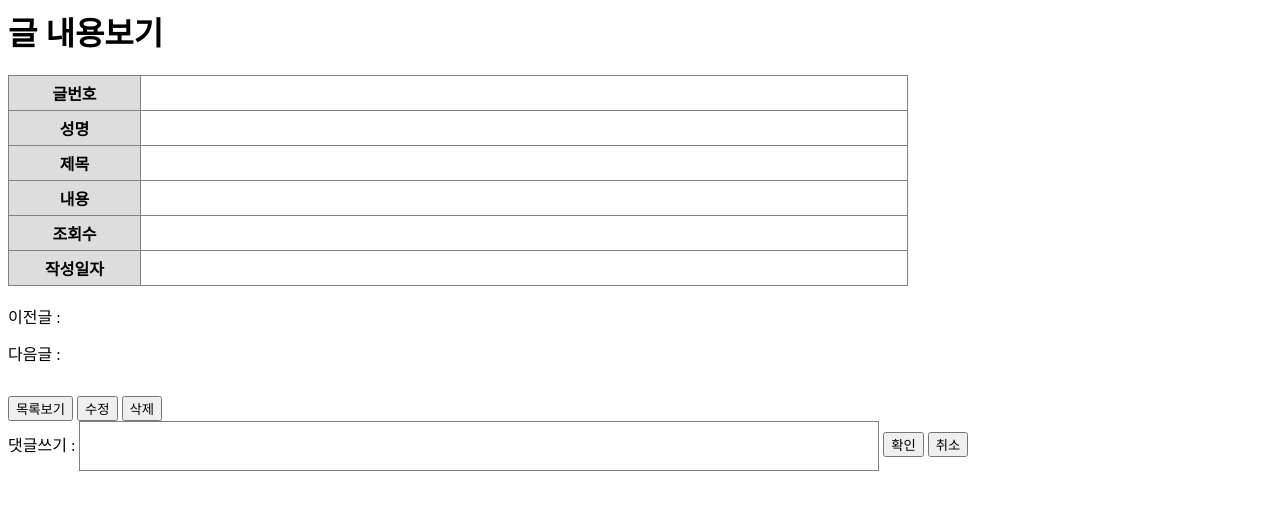
Repository: gold37/Spring
Page: http://localhost/Board/WEB-INF/views/tiles1/board/view.jsp
The author's editor kept a copy of each file at every save. The page is drawn from the files as they stood at one save, then again after the next save.
The browser window is 1280 px wide. The pictures show the whole page.
The page is served by Tomcat 9. Nobody is signed in. Other server files are loaded and not shown. The template is opened directly, without the code that normally fills it, so the values that code supplies are empty.

Above is the page before, as saved 2020-07-17 05:32:12.
Console error: ReferenceError: $ is not defined

### springworkspace/Board/src/main/webapp/WEB-INF/views/tiles1/board/view.jsp
<%@ page language="java" contentType="text/html; charset=UTF-8"
    pageEncoding="UTF-8"%>

<%@ taglib prefix="c" uri="http://java.sun.com/jsp/jstl/core" %>

<style>

table, th, td, input, textarea {
	border: solid gray 1px;
}

#table, #table2 {
	border-collapse: collapse;
 	width: 900px;
}

#table th, #table td{padding: 5px;}
#table th{width: 120px; background-color: #DDDDDD;}
#table td{width: 750px;}
.long {width: 470px;}
.short {width: 120px;}

.move {cursor: pointer;}
.moveColor {font-weight: bold;}

a {text-decoration: none !important;}


</style>

<script type="text/javascript">

	$(document).ready(function(){

		$(".move").hover(function(){
						$(this).addClass("moveColor");
					},
					function(){
						$(this).removeClass("moveColor");
					});

	});


</script>


<div style="">
	<h1>글 내용보기</h1>

	<table id="table" style="word-wrap: break-word; table-layout: fixted;">
		<tr>
			<th>글번호</th>
			<td>${boardvo.seq}</td>
		</tr>
		<tr>
			<th>성명</th>
			<td>${boardvo.name}</td>
		</tr>
		<tr>
			<th>제목</th>
			<td>${boardvo.subject}</td>
		</tr>
		<tr>
			<th>내용</th>
			<td>
				<p style="word-break: break-all;">${boardvo.content}</p>
				<%--
					style="word-break: break-all; 은 공백없는 긴영문일 경우 width 크기를 뚫고 나오는 것을 막는 것임.
					그런데 style="word-break: break-all; 나 style="word-wrap: break-word; 은
			       	테이블태그의 <td>태그에는 안되고 <p> 나 <div> 태그안에서 적용되어지므로 <td>태그에서 적용하려면
			    	<table>태그속에 style="word-wrap: break-word; table-layout: fixed;" 을 주면 된다.
				--%>
			</td>
		</tr>
		<tr>
			<th>조회수</th>
			<td>${boardvo.readCount}</td>
		</tr>
		<tr>
			<th>작성일자</th>
			<td>${boardvo.regDate}</td>
		</tr>
	</table>

	<br/>

	<div style="margin-bottom: 1%;">이전글&nbsp;:&nbsp;<span class="move" onclick="javascript:location.href='view.action?seq=${boardvo.previousseq}'">${boardvo.previoussubject}</span></div>
	<div style="margin-bottom: 1%;">다음글&nbsp;:&nbsp;<span class="move" onclick="javascript:location.href='view.action?seq=${boardvo.nextseq}'">${boardvo.nextsubject}</span></div>

	<br/>

	<button type="button" onclick="javascript:location.href='list.action'" >목록보기</button>
	<button type="button" onclick="javascript:location.href='edit.action?seq=${boardvo.seq}'" >수정</button>
	<button type="button" onclick="javascript:location.href='delete.action?seq=${boardvo.seq}'" >삭제</button>


	<div>
	댓글쓰기 : <input type="text" style="width:800px; height: 50px;" >
	<button>확인</button>
	<button>취소</button>
	</div>
</div>

After the next save:
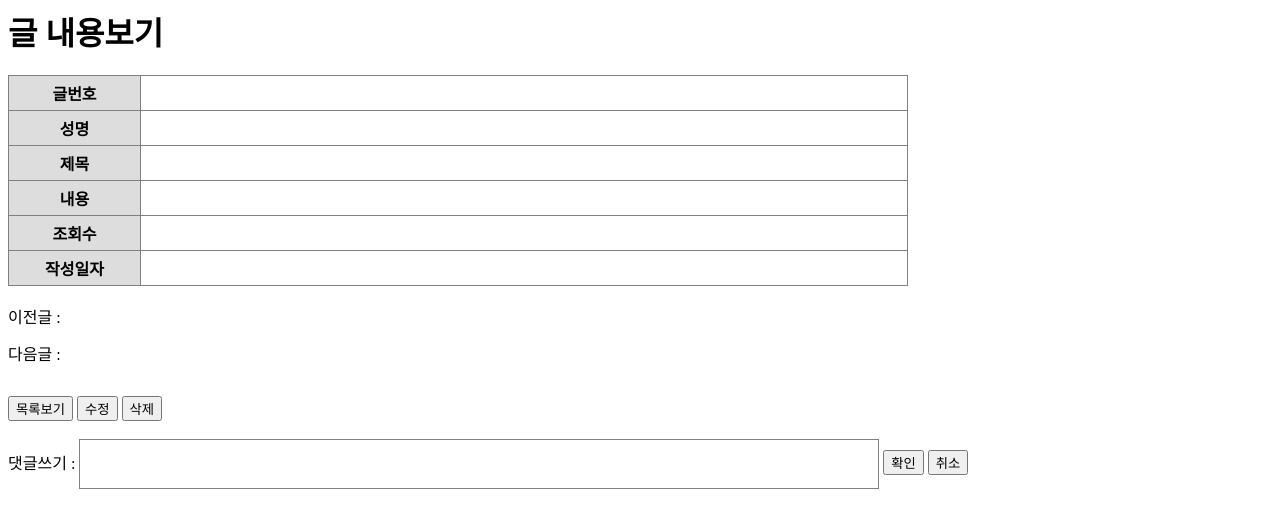
Saved 12 s later.
--- a/springworkspace/Board/src/main/webapp/WEB-INF/views/tiles1/board/view.jsp
+++ b/springworkspace/Board/src/main/webapp/WEB-INF/views/tiles1/board/view.jsp
@@ -96,8 +96,9 @@
 
 
 	<div>
-	댓글쓰기 : <input type="text" style="width:800px; height: 50px;" >
-	<button>확인</button>
-	<button>취소</button>
+		<br/>
+		댓글쓰기 : <input type="text" style="width:800px; height: 50px;" >
+		<button>확인</button>
+		<button>취소</button>
 	</div>
 </div>

After the save that followed:
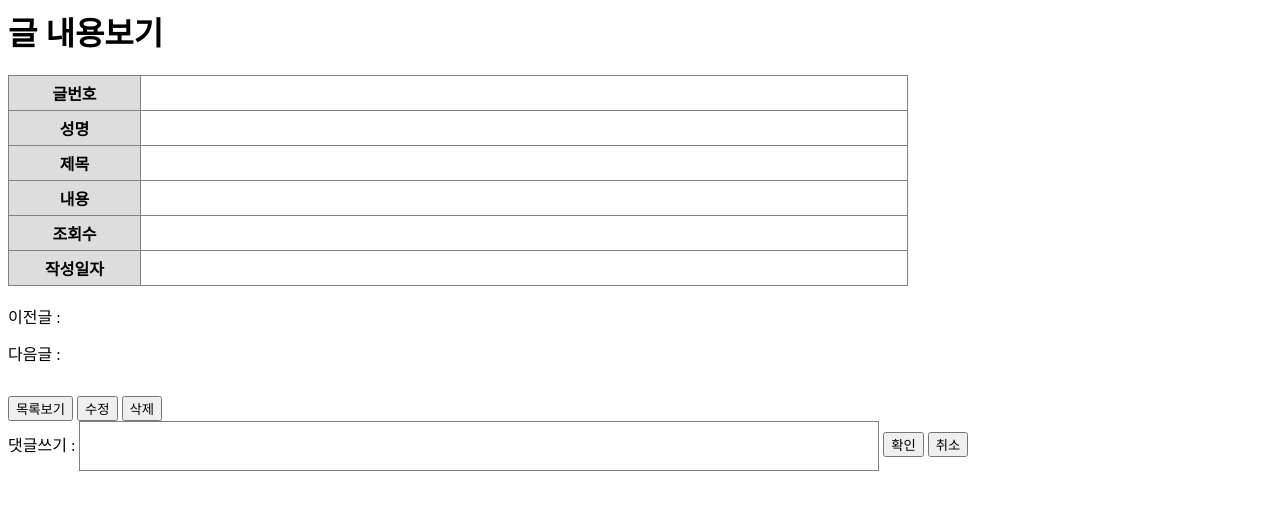
Saved 14 s later.
--- a/springworkspace/Board/src/main/webapp/WEB-INF/views/tiles1/board/view.jsp
+++ b/springworkspace/Board/src/main/webapp/WEB-INF/views/tiles1/board/view.jsp
@@ -96,7 +96,6 @@
 
 
 	<div>
-		<br/>
 		댓글쓰기 : <input type="text" style="width:800px; height: 50px;" >
 		<button>확인</button>
 		<button>취소</button>
